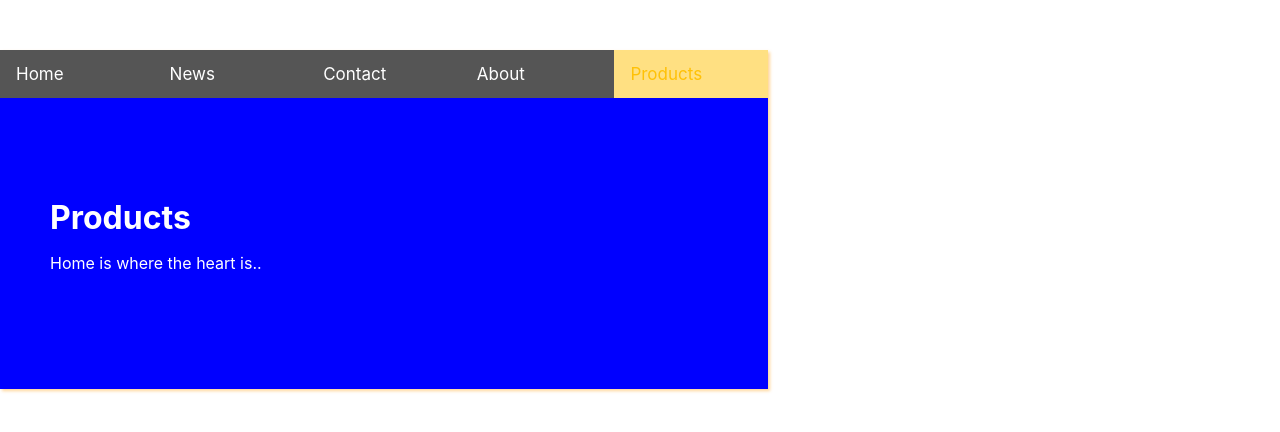
Repository: JasonMorta/basicPlus-rouets
Page: /products
These files come from the project's save history. The page is drawn as it stood at one moment and after the next save; the edit follows.
The browser window is 1280 px wide. The pictures show the whole page.
Some web fonts or font styles are not loaded; a fallback is used. The project was rebuilt for these pictures with package versions that can differ from the ones it lists, and the page was loaded fresh each time. Also part of the build but not shown: src/pages/Home.jsx, src/pages/news.css, src/pages/News.jsx, src/pages/About.jsx, src/pages/Hooks/UseRefHook.jsx, src/pages/Contact.jsx, src/pages/List.jsx.

Above is the page before, as saved 2023-04-01 08:25:56.

After the next save:
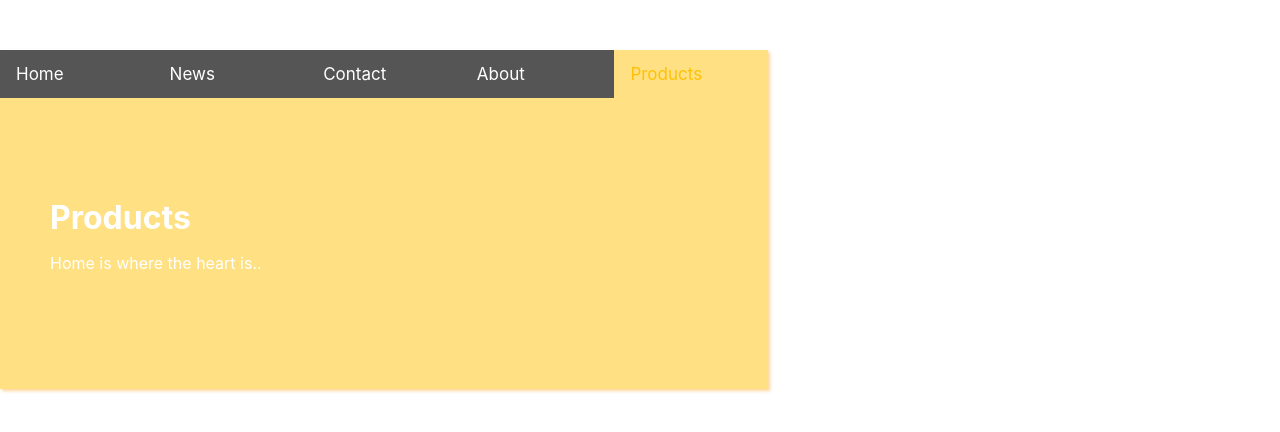
Saved 8 s later.
--- a/src/pages/Products.jsx
+++ b/src/pages/Products.jsx
@@ -2,7 +2,7 @@
 
 export default function Products() {
   return (
-    <div style={{ backgroundColor: "blue" }}  className="tabcontent">
+    <div style={{ backgroundColor: "#FFE082" }}  className="tabcontent">
     <div className="inner-content">
        <h3>Products</h3>
        <p>Home is where the heart is..</p>
